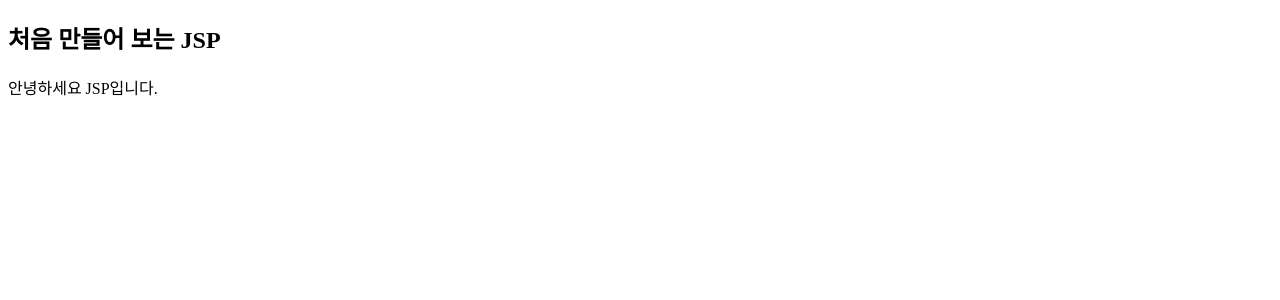
Repository: ahwaboin3/eclipse-workspace-jsp
Page: http://localhost/MustHaveJSP/HelloJSP.jsp
The author's editor kept a copy of each file at every save. The page is drawn from the files as they stood at one save, then again after the next save.
The browser window is 1280 px wide. The pictures show the whole page.
The page is served by Tomcat 10.

Above is the page before, as saved 2025-05-21 01:44:13.

After the next save:
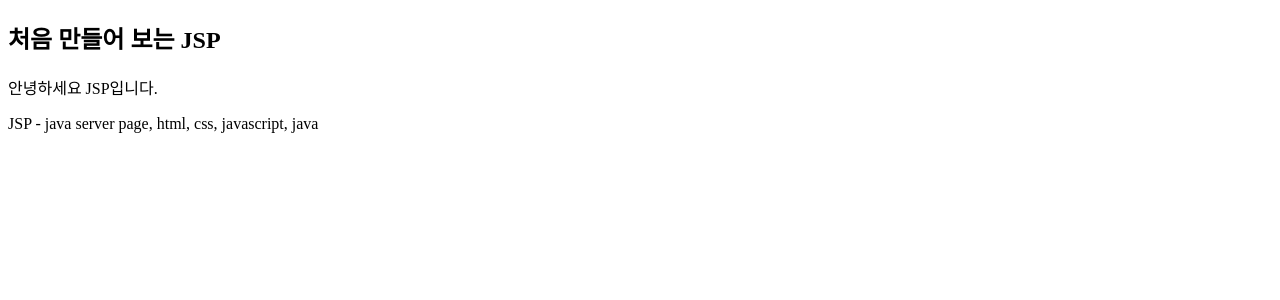
Saved 61 s later.
--- a/MustHaveJSP/src/main/webapp/HelloJSP.jsp
+++ b/MustHaveJSP/src/main/webapp/HelloJSP.jsp
@@ -19,7 +19,7 @@
 	</p>
 	<p id="p1"><p>
 	<script type="text/javascript">
-		document.querySelector("#p1").innerHtml=
+		document.querySelector("#p1").innerHTML=
 			"JSP - java server page, html, css, javascript, java"
 
 	</script>
